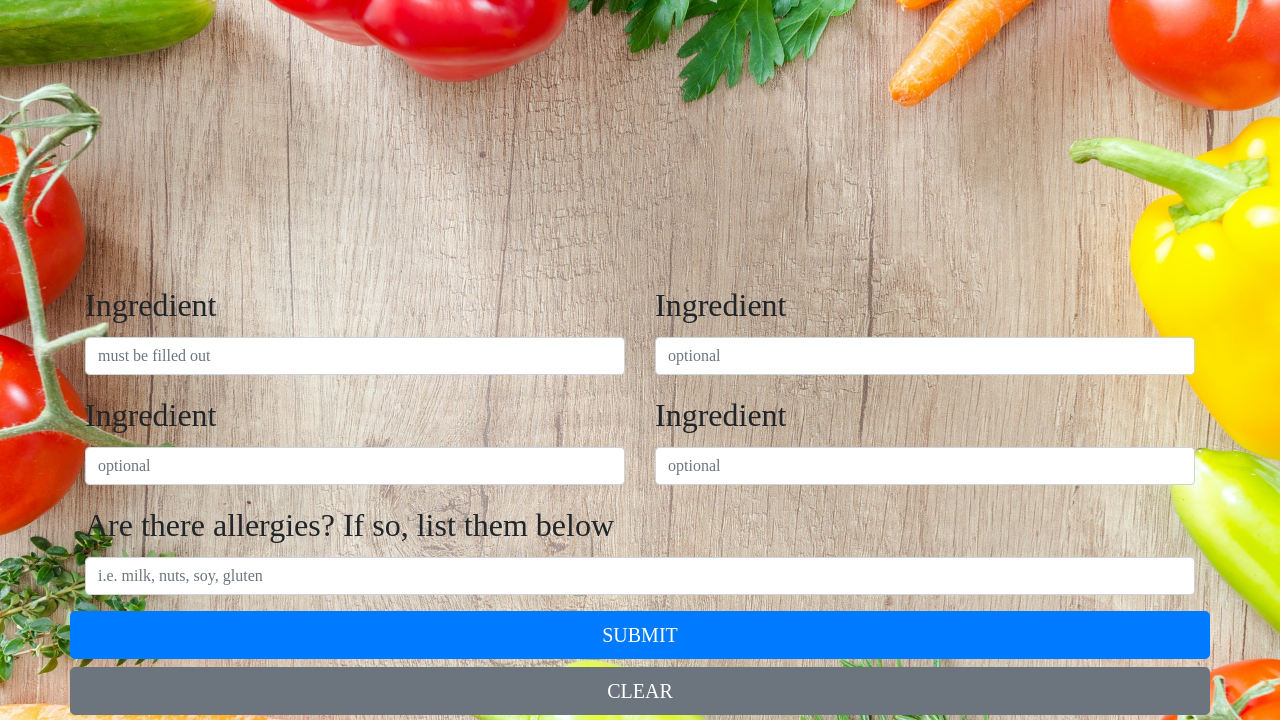
Repository: ogipajic/Recipe_API
Page: index.html
These files come from the project's save history. The page is drawn as it stood at one moment and after the next save; the edit follows.
The browser window is 1280 px wide. The pictures show the whole page.
Backgrounds fixed to the window are drawn as part of the page. Some web fonts or font styles are not loaded; a fallback is used.

Above is the page before, as saved 2020-07-06 14:57:14.
Not found: script.js

### index.html
<!DOCTYPE html>
<html lang="en">
<head>
    <meta charset="UTF-8">
    <meta name="viewport" content="width=device-width, initial-scale=1.0">
    <script
  src="https://code.jquery.com/jquery-3.5.1.min.js"
  integrity="sha256-9/aliU8dGd2tb6OSsuzixeV4y/faTqgFtohetphbbj0="
  crossorigin="anonymous"></script>
  <link rel="stylesheet" href="https://stackpath.bootstrapcdn.com/bootstrap/4.5.0/css/bootstrap.min.css" integrity="sha384-9aIt2nRpC12Uk9gS9baDl411NQApFmC26EwAOH8WgZl5MYYxFfc+NcPb1dKGj7Sk" crossorigin="anonymous">
  <link rel="stylesheet" href="stylesheet.css">
  <link href="https://fonts.googleapis.com/css2?family=Annie+Use+Your+Telescope&family=Lemon&display=swap" rel="stylesheet">
  <title>What's In My Fridge?</title>
</head>
<body>
    <div class="container">
        <div class="jumbotron jumbotron-fluid">
            <div class="container">
              <h1 class="display-4">What's in my fridge?</h1>
              <p class="lead">Easy to use application to search recipes with ingredients found in your fridge.</p>
            </div>
          </div>

     <form>
          <div class="row">
              <div class="col-sm-6">
        <div class="form-group">
          <label for="exampleFormControlInput1">Ingredient</label>
          <input type="email" class="form-control" id="exampleFormControlInput1" placeholder="must be filled out">
        </div>
              </div>
              <div class="col-sm-6">
        <div class="form-group">
            <label for="exampleFormControlInput1">Ingredient</label>
            <input type="email" class="form-control" id="exampleFormControlInput1" placeholder="optional">
          </div>
          </div>
        </div>
        <div class="row">
            <div class="col-sm-6">
          <div class="form-group">
            <label for="exampleFormControlInput1">Ingredient</label>
            <input type="email" class="form-control" id="exampleFormControlInput1" placeholder="optional">
          </div>
        </div>
        <div class="col-sm-6">
          <div class="form-group">
            <label for="exampleFormControlInput1">Ingredient</label>
            <input type="email" class="form-control" id="exampleFormControlInput1" placeholder="optional">
          </div>
          </div>
          </div>
        </div>

        <div class="container">
        <div class="form-group">
            <div class="row">
                <div class="col-sm-12">
          <label for="exampleFormControlInput1">Are there allergies? If so, list them below</label>
          <input type="email" class="form-control" id="exampleFormControlInput1" placeholder="i.e. milk, nuts, soy, gluten">
          </div>
        </div>
        </div>
        </div>
      </form>
    <div class="container">
        <div class="row">
      <button type="button" class="btn btn-primary btn-lg btn-block">SUBMIT</button>
      <button type="button" class="btn btn-secondary btn-lg btn-block">CLEAR</button>
    </div>
    </div>
    </div>
 <div class="results">
<!-- display results here -->

 </div>
 <script src="script.js"></script>
 <script src="https://code.jquery.com/jquery-3.5.1.slim.min.js" integrity="sha384-DfXdz2htPH0lsSSs5nCTpuj/zy4C+OGpamoFVy38MVBnE+IbbVYUew+OrCXaRkfj" crossorigin="anonymous"></script>
 <script src="https://cdn.jsdelivr.net/npm/popper.js@1.16.0/dist/umd/popper.min.js" integrity="sha384-Q6E9RHvbIyZFJoft+2mJbHaEWldlvI9IOYy5n3zV9zzTtmI3UksdQRVvoxMfooAo" crossorigin="anonymous"></script>
 <script src="https://stackpath.bootstrapcdn.com/bootstrap/4.5.0/js/bootstrap.min.js" integrity="sha384-OgVRvuATP1z7JjHLkuOU7Xw704+h835Lr+6QL9UvYjZE3Ipu6Tp75j7Bh/kR0JKI" crossorigin="anonymous"></script>
</body>
</html>

### stylesheet.css
/* Body font style and font size */
body {
    font-size: 2rem;
    font-family: 'Annie Use Your Telescope', cursive;
    background-image: url(Assets/carrots-food-fresh-freshness-616404.jpg);
    background-position: center center;
    background-repeat: no-repeat;
    background-attachment: fixed;
    background-size: cover;
}

/* Font and image within jumbotron */
.jumbotron {
    text-align: center;
    font-family: 'Annie Use Your Telescope', cursive;
    opacity: 0;
}

After the next save:
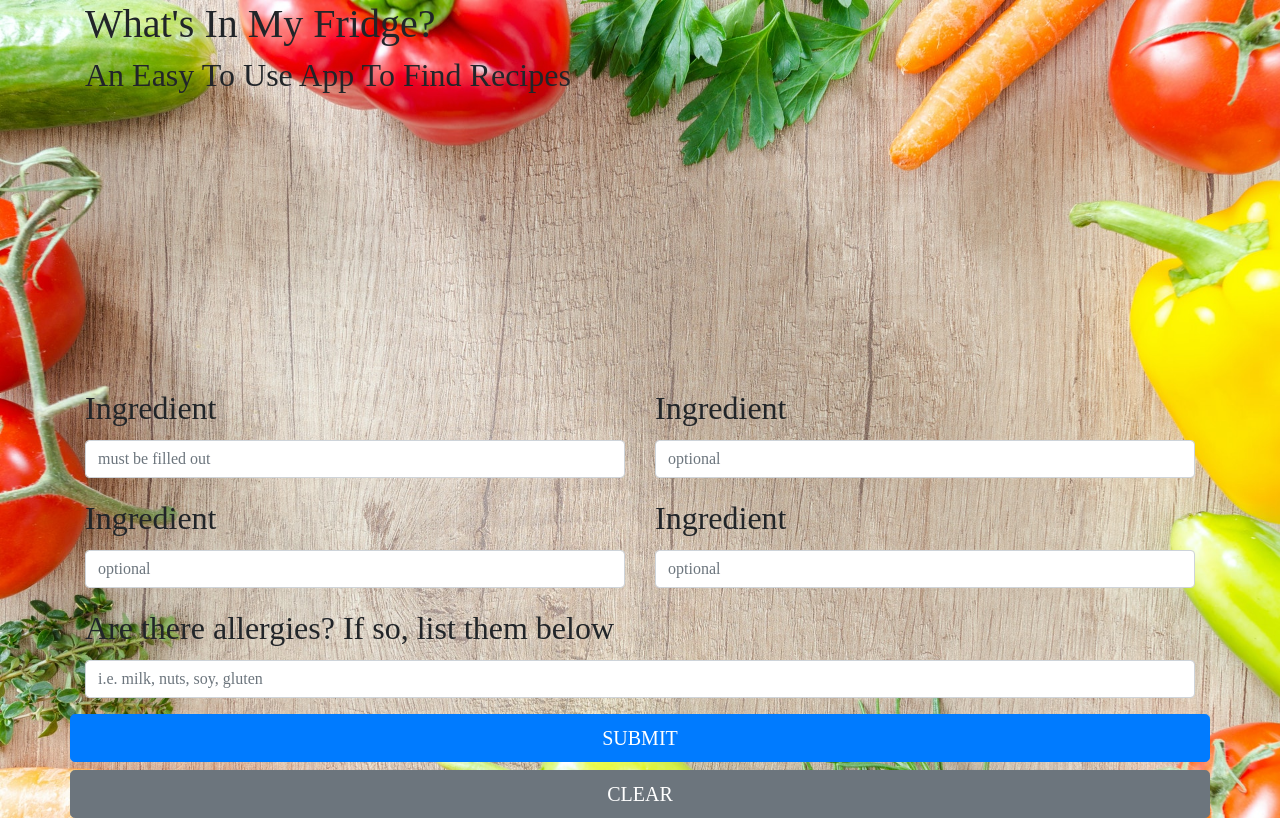
Saved 100 s later.
--- a/index.html
+++ b/index.html
@@ -13,6 +13,14 @@
   <title>What's In My Fridge?</title>
 </head>
 <body>
+    <div class="container">
+        <div class="h1">
+            <h1>What's In My Fridge?</h1>
+        </div>
+        <div class="h2">
+            <h2>An Easy To Use App To Find Recipes</h2>
+        </div>
+    </div>
     <div class="container">
         <div class="jumbotron jumbotron-fluid">
             <div class="container">
